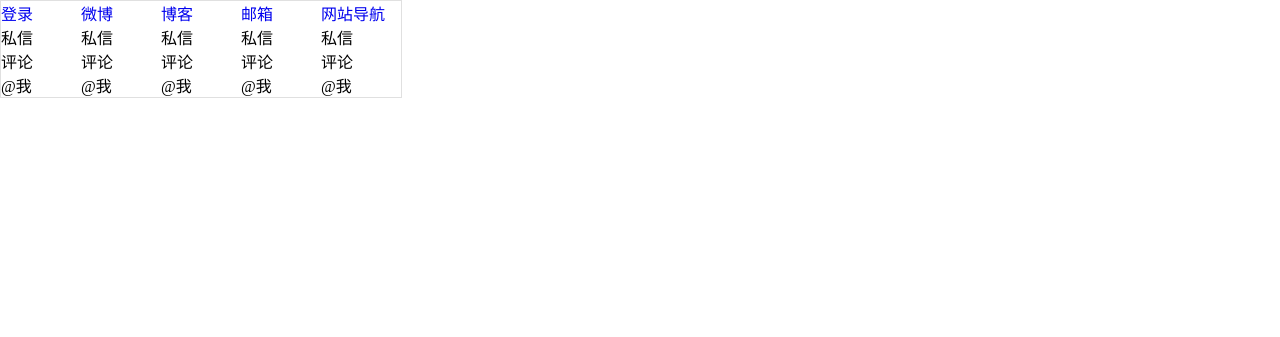
Repository: Sky0258/study
Page: js/新浪下拉框.html
The author's editor kept a copy of each file at every save. The page is drawn from the files as they stood at one save, then again after the next save.
The browser window is 1280 px wide. The pictures show the whole page.

Above is the page before, as saved 2022-09-11 16:16:07.

### js/新浪下拉框.html
<!DOCTYPE html>
<html lang="en">

<head>
    <meta charset="UTF-8">
    <meta http-equiv="X-UA-Compatible" content="IE=edge">
    <meta name="viewport" content="width=device-width, initial-scale=1.0">
    <title>Document</title>
</head>
<style>
    * {
        padding: 0;
        margin: 0;
    }
    li {
        list-style: none;
    }
    a {
        text-decoration: none;
    }
    .tab {
        width: 400px;
        border: 1px solid #e0e0e0;
    }
    .tab > ul {
        width: 100%;
        display: flex;
    }
    .tab > ul > li {
        flex: 1;
    }
</style>
<body>
    <div class="tab">
        <ul>
            <li>
                <a href="#">登录</a>
                <ul>
                    <li>私信</li>
                    <li>评论</li>
                    <li>@我</li>
                </ul>
            </li>
            <li>
                <a href="#">微博</a>
                <ul>
                    <li>私信</li>
                    <li>评论</li>
                    <li>@我</li>
                </ul>
            </li>
            <li>
                <a href="#">博客</a>
                <ul>
                    <li>私信</li>
                    <li>评论</li>
                    <li>@我</li>
                </ul>
            </li>
            <li>
                <a href="#">邮箱</a>
                <ul>
                    <li>私信</li>
                    <li>评论</li>
                    <li>@我</li>
                </ul>
            </li>
            <li>
                <a href="#">网站导航</a>
                <ul>
                    <li>私信</li>
                    <li>评论</li>
                    <li>@我</li>
                </ul>
            </li>
        </ul>
    </div>
</body>

</html>

After the next save:
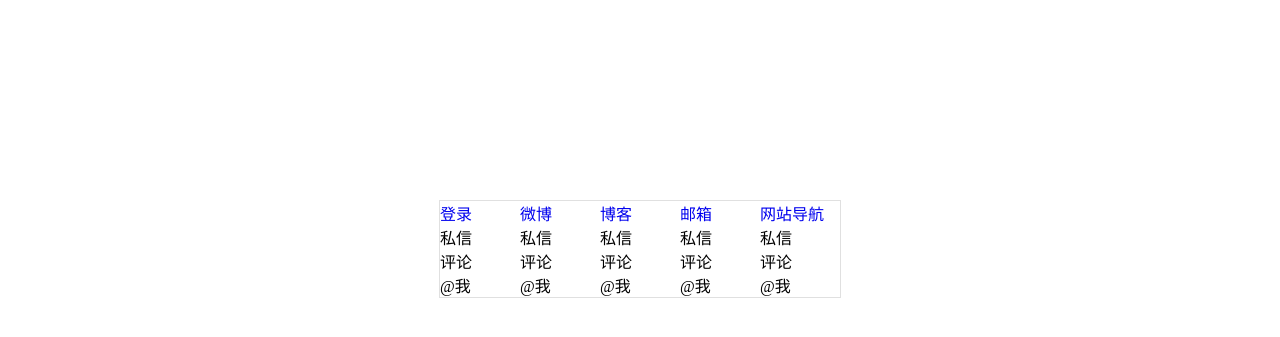
Saved 18 s later.
--- a/js/新浪下拉框.html
+++ b/js/新浪下拉框.html
@@ -19,6 +19,7 @@
         text-decoration: none;
     }
     .tab {
+        margin: 200px auto;
         width: 400px;
         border: 1px solid #e0e0e0;
     }
